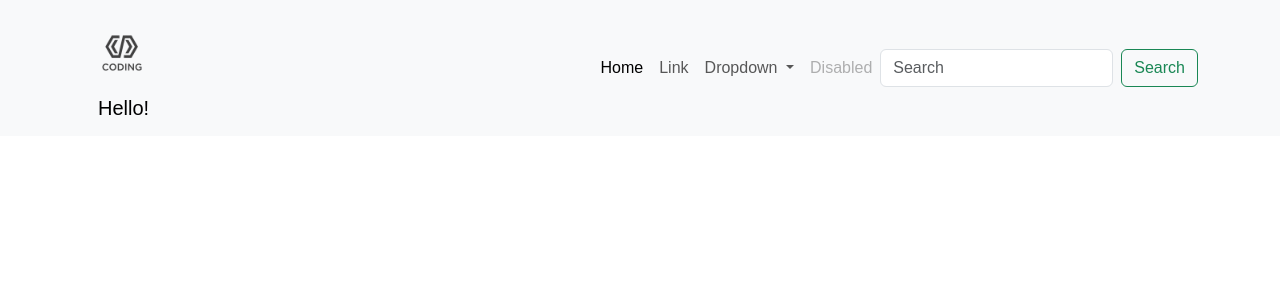
Repository: gitDominusoft/NewProject
Page: index.html
These files come from the project's save history. The page is drawn as it stood at one moment and after the next save; the edit follows.
The browser window is 1280 px wide. The pictures show the whole page.

Above is the page before, as saved 2024-12-09 15:19:31.

After the next save:
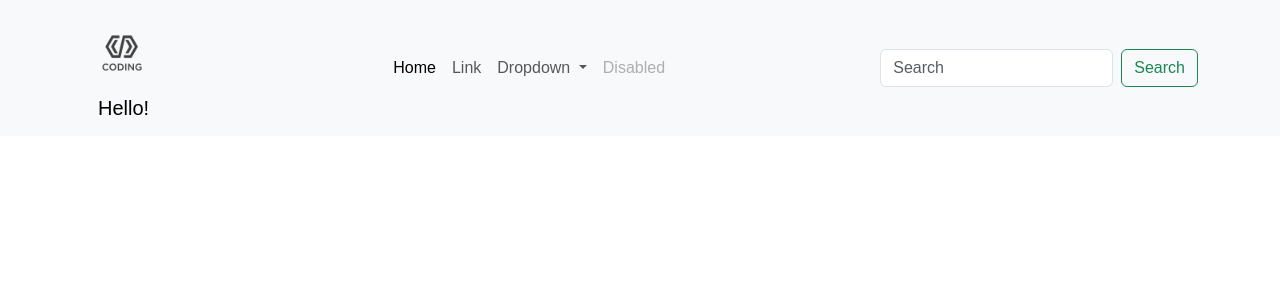
Saved 18 s later.
--- a/index.html
+++ b/index.html
@@ -24,7 +24,7 @@
                 <span class="navbar-toggler-icon"></span>
             </button>
             <div class="collapse navbar-collapse" id="navbarSupportedContent">
-                <ul class="navbar-nav ms-auto mb-2 mb-lg-0">
+                <ul class="navbar-nav mx-auto mb-2 mb-lg-0">
                     <li class="nav-item">
                         <a class="nav-link active" aria-current="page" href="#">Home</a>
                     </li>
